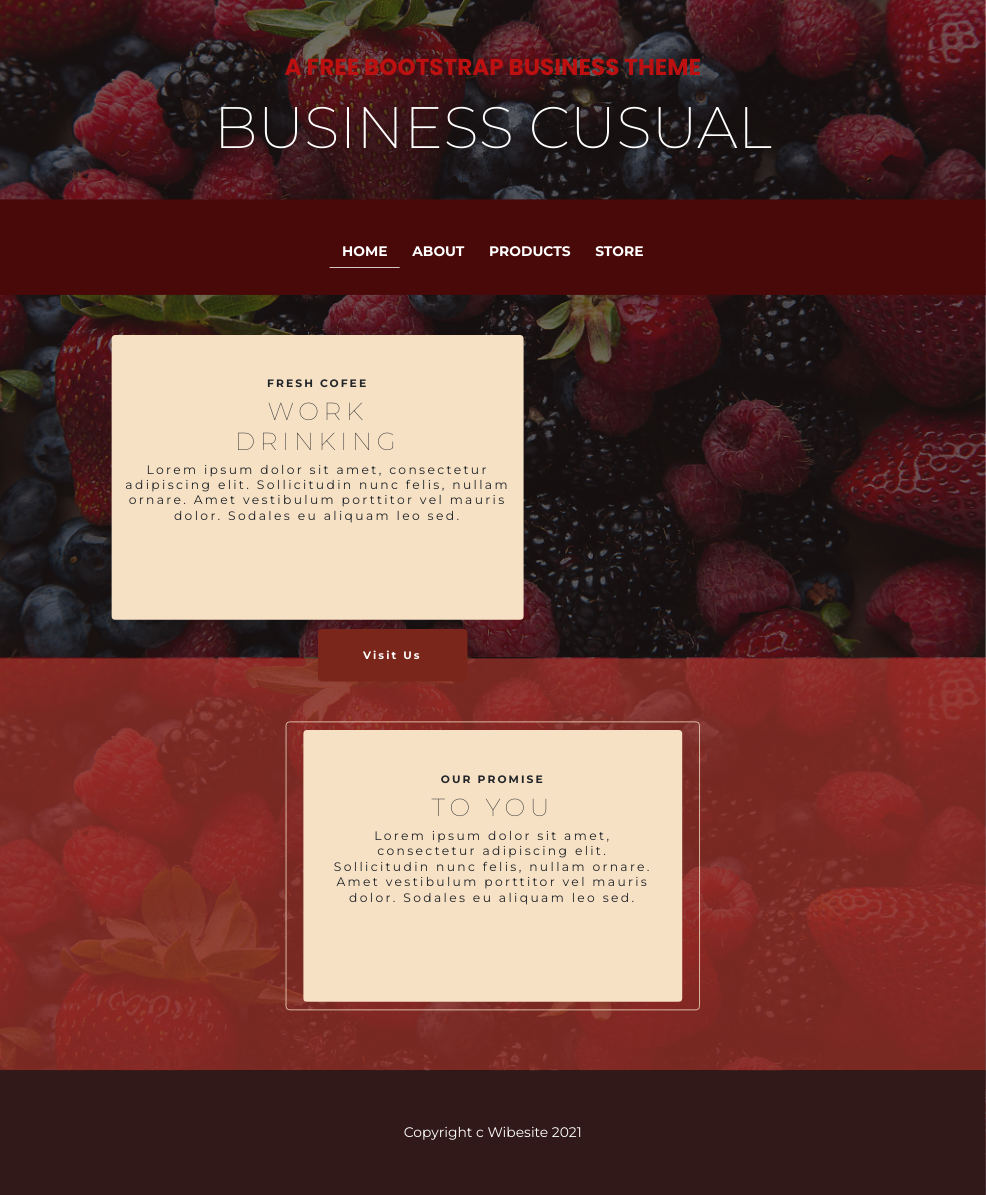
Repository: wadelfadill/tache_7_Business_bootstrap_theme
Page: index.html
An editor plug-in stored every save of this project. The page is shown before and after the next save, followed by the edit.
The browser window is 1280 px wide. The pictures show the whole page, at 77% of full size.
Backgrounds fixed to the window are drawn as part of the page.

Above is the page before, as saved 2023-04-28 23:23:55.

### index.html
<!DOCTYPE html>
<html lang="en">
<head>
    <meta charset="UTF-8">
    <meta http-equiv="X-UA-Compatible" content="IE=edge">
    <meta name="viewport" content="width=device-width, initial-scale=1.0">
    <!------ title of website ------>
    <title>Business website</title>
    <!------ Bootstrap cdn link ------>
    <link href="https://cdn.jsdelivr.net/npm/bootstrap@5.1.3/dist/css/bootstrap.min.css" rel="stylesheet" integrity="sha384-1BmE4kWBq78iYhFldvKuhfTAU6auU8tT94WrHftjDbrCEXSU1oBoqyl2QvZ6jIW3" crossorigin="anonymous">
    <!------- css link -------------->
    <link rel="stylesheet" href="css/style.css">
    <link rel="stylesheet" href="css/index_style.css">
    <!---------Google Fonts links ---------->
    <link rel="preconnect" href="https://fonts.googleapis.com">
    <link rel="preconnect" href="https://fonts.gstatic.com" crossorigin>
    <link href="https://fonts.googleapis.com/css2?family=Montserrat:wght@100;200;400;700&family=Poppins:wght@700&display=swap" rel="stylesheet">

</head>
<body>
    <!-- ========== Start Header Section ========== -->
    <header id="header">
        <h2 class="first_title text-center">A FREE BOOTSTRAP BUSINESS THEME</h2>
        <h1 class="second_title text-center">BUSINESS CUSUAL</h1>
        <!-- ========== Start navbar  Section ========== -->
        <nav class="my-auto mt-5">
            <div class="container my-auto">
                <ul class="nav justify-content-center">
                    <li class="nav-item">
                      <a class="nav-link active" aria-current="page" href="index.html">HOME</a>
                    </li>
                    <li class="nav-item">
                      <a class="nav-link" href="about.html">ABOUT</a>
                    </li>
                    <li class="nav-item">
                      <a class="nav-link" href="product.html">PRODUCTS</a>
                    </li>
                    <li class="nav-item">
                      <a class="nav-link" href="store.html">STORE</a>
                    </li>
                </ul>
            </div>
        </nav>
        <!-- ========== End navbar  Section ========== -->
    </header>
    <!-- ========== End Header Section ========== -->
    <!-- ========== Start Main Section ========== -->
    <main>
      <!-- ========== Start first Section ========== -->
      <section id="first_section">
        <div class="container">
          <div class="row align-items-center justify-content-start d-flex flex-md-row flex-column">
            <div class="col-12 col-md-4 div-1 text-center position-relative">
              <h3>FRESH COFEE</h3>
              <h4>WORK <br> DRINKING</h4>
              <p>Lorem ipsum dolor sit amet, consectetur adipiscing elit.
                Sollicitudin nunc felis, nullam ornare.
                Amet vestibulum porttitor vel mauris dolor.
                Sodales eu aliquam leo sed.
              </p>
              <button class="text-center position-absolute m-auto">Visit Us</button>
            </div>
            <!-- <div class="col-12 col-md-6 div-2">
            </div> -->
          </div>
        </div>
      </section>
      <!-- ========== End first Section ========== -->
      <!-- ========== Start second Section ========== -->
      <section id="second_section">
        <div class="container">
          <div class="row text-center justify-content-center">
            <div class="col-12 text-center border_box">
              <div class="box text-center ps-md-5 pe-md-5">
                <h2 class="text-center">OUR PROMISE</h2>
                <h3 class="text-center">TO YOU</h3>
                <p>Lorem ipsum dolor sit amet, <br> consectetur adipiscing elit. <br>
                  Sollicitudin nunc felis, nullam ornare. <br>
                  Amet vestibulum porttitor vel mauris <br> dolor.
                  Sodales eu aliquam leo sed.
                </p>
              </div>
            </div>
          </div>
        </div>
      </section>
      <!-- ========== End second Section ========== -->
    </main>
    <!-- ========== End Main Section ========== -->
    <footer id="footer">
        <p class="text-center">Copyright c Wibesite 2021</p>
    </footer>



    <!------ Bootstrap script -------->
    <script src="https://cdn.jsdelivr.net/npm/bootstrap@5.1.3/dist/js/bootstrap.bundle.min.js" integrity="sha384-ka7Sk0Gln4gmtz2MlQnikT1wXgYsOg+OMhuP+IlRH9sENBO0LRn5q+8nbTov4+1p" crossorigin="anonymous"></script>
</body>
</html>

### css/style.css
/* ===== General ====== */

:root{
    --red-color: #BD1111;
    --bg-red:#490909;
    --white-color: #FFFFFF;
    --black-color: #000000;
    --bg-beize:#F6E1C5;
    --bg-red-black: #311919;
    --bg-red-opac:rgba(165, 52, 43, 0.69);
    --red-border: #CD5449;
}
*{
    margin: 0;
    padding: 0;
}
body{
    padding: 0;
    margin: 0;
    background-image: linear-gradient(rgba(34, 24, 24, 0.6), rgba(34, 24, 24, 0.6)), url("../images/1.jpeg");
    background-position: center;
    background-size: cover;
    background-repeat: no-repeat;
    background-attachment: fixed;
}
/* ===== squelette ====== */
/* ===== header section ====== */
/* ===== header titles ======= */
#header .first_title{
    font-family: 'Poppins';
    font-style: normal;
    font-weight: 700;
    font-size: 30px;
    line-height: 45px;
    color: var(--red-color);
    margin-top: 65px;
}
#header .second_title{
    font-family: 'Montserrat';
    font-style: normal;
    font-weight: 200;
    font-size: 76px;
    line-height: 93px;
    color: var(--white-color);
}
/* ====== header navbar ======*/
#header nav{
    background: var(--bg-red);
    height: 124px;
}
#header nav ul li{
    margin-top: 48px;
}
#header nav a{
    font-family: 'Montserrat';
    font-style: normal;
    font-weight: 700;
    font-size: 18px;
    line-height: 22px;
    color: var(--white-color);
}
#header nav a.active{
    padding-bottom: 10px;
    border-bottom: 1px solid white;
}
/* ==== Main section ==========*/
/* main{
    height: 1000px;
} */
/* ====== footer section ====== */
#footer{
    height: 162px;
    background: var(--bg-red-black);
    padding-top: 70px;
}
#footer p{
    font-family: 'Montserrat';
    font-style: normal;
    font-weight: 400;
    font-size: 18px;
    line-height: 22px;
    color: var(--white-color);
}


/* ===== responsive css ======*/
@media screen and (max-width:550px) {
    #header .second_title{
        font-size: 30px;
    }
    #header nav{
        height: max-content;
        padding-bottom: 40px;
    }
}

### css/index_style.css
/* ===== General ====== */

:root{
    --red-color: #BD1111;
    --bg-red:#490909;
    --white-color: #FFFFFF;
    --black-color: #000000;
    --bg-beize:#F6E1C5;
    --bg-red-black: #311919;
    --bg-red-opac:rgba(165, 52, 43, 0.69);
    --red-border: #CD5449;
}

/* ==== first section ====== */
#first_section{
    margin-top: 102px;
}
#first_section .div-1{
    min-height:370px !important;
    background: var(--bg-beize);
    border-radius: 5px;
    width: 535px;
    position: relative;
    left: 75px;
    top: -50px;
}
#first_section .div-1 h3{
    font-family: 'Montserrat';
    font-style: normal;
    font-weight: 700;
    font-size: 14px;
    line-height: 17px;
    text-align: center;
    letter-spacing: 0.19em;
    padding-top: 54px;
}
#first_section .div-1 h4{
    font-family: 'Montserrat';
    font-style: normal;
    font-weight: 100;
    font-size: 32px;
    line-height: 39px;
    text-align: center;
    letter-spacing: 0.19em;
}
#first_section .div-1 p{
    font-family: 'Montserrat';
    font-style: normal;
    font-weight: 400;
    font-size: 16px;
    line-height: 20px;
    text-align: center;
    letter-spacing: 0.19em;
}
#first_section .div-1 button{
    width: 194px;
    height: 68px;
    background: #7B261A;
    border: none;
    font-family: 'Montserrat';
    font-style: normal;
    font-weight: 700;
    font-size: 14px;
    line-height: 17px;
    text-align: center;
    letter-spacing: 0.19em;
    border-radius: 5px;
    color: var(--white-color);
    position: relative;
    bottom: -80px;
}
#first_section .div-2{
    background: url("../images/home-img1.png");
    height: 576.04px;
    max-width: 864px;
    background-position: center;
    background-size: cover;
    margin-bottom: 101px;
    min-width: 535px;
}

/* ===== second section ====== */
#second_section{
    width: 100%;
    background: rgba(165, 52, 43, 0.69);
    height: 535px;

}
#second_section .box{
    height: 353.38px;
    max-width: 873px;
    border-radius: 5px;
    background: var(--bg-beize);
    margin: 10px;
    padding-left: 40px !important;
    padding-right: 40px !important;
}
#second_section .border_box{
    border: 1px solid var(--bg-beize);
    border-radius: 5px;
    margin-top: 82px !important;
    margin-bottom: 102px;
    max-width: max-content;
    margin: auto;
}
#second_section .box h2{
    font-family: 'Montserrat';
    font-style: normal;
    font-weight: 700;
    font-size: 14px;
    line-height: 17px;
    text-align: center;
    letter-spacing: 0.19em;
    padding-top: 56px;
}
#second_section .box h3{
    font-family: 'Montserrat';
    font-style: normal;
    font-weight: 100;
    font-size: 32px;
    line-height: 39px;
    text-align: center;
    letter-spacing: 0.19em;
}
#second_section .box p{
    font-family: 'Montserrat';
    font-style: normal;
    font-weight: 400;
    font-size: 16px;
    line-height: 20px;
    text-align: center;
    letter-spacing: 0.19em;
}

/* ===== responsive css ============*/
@media screen and (max-width:768px) {
    #first_section .div-1{
        position: static;
        left: 0;
        margin-bottom: 30px;
    }
}
@media screen and (max-width:550px) {
    #first_section .div-1{
        width: max-content;
    }
    #first_section .div-2{
        min-width: 300px;
    }
    #first_section .div-1 button{
        bottom: -20px;
    }
    #second_section .box{
        height: max-content;
    }
}

After the next save:
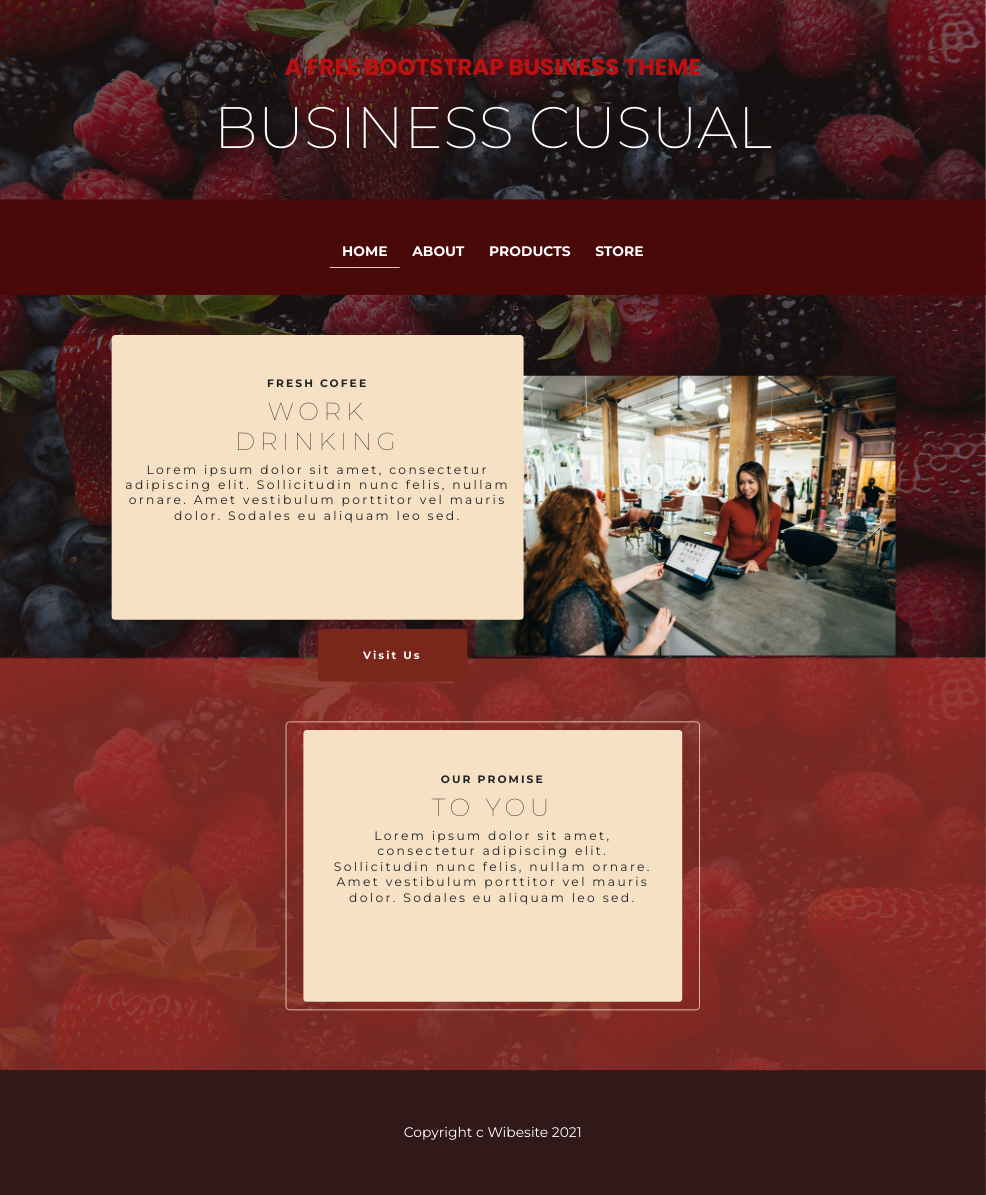
Saved 68 s later.
--- a/index.html
+++ b/index.html
@@ -60,6 +60,9 @@
               </p>
               <button class="text-center position-absolute m-auto">Visit Us</button>
             </div>
+            <div class="col-12 col-md-6">
+              <img src="images/home-img1.png" alt="" class="img-fluid">
+            </div>
             <!-- <div class="col-12 col-md-6 div-2">
             </div> -->
           </div>
